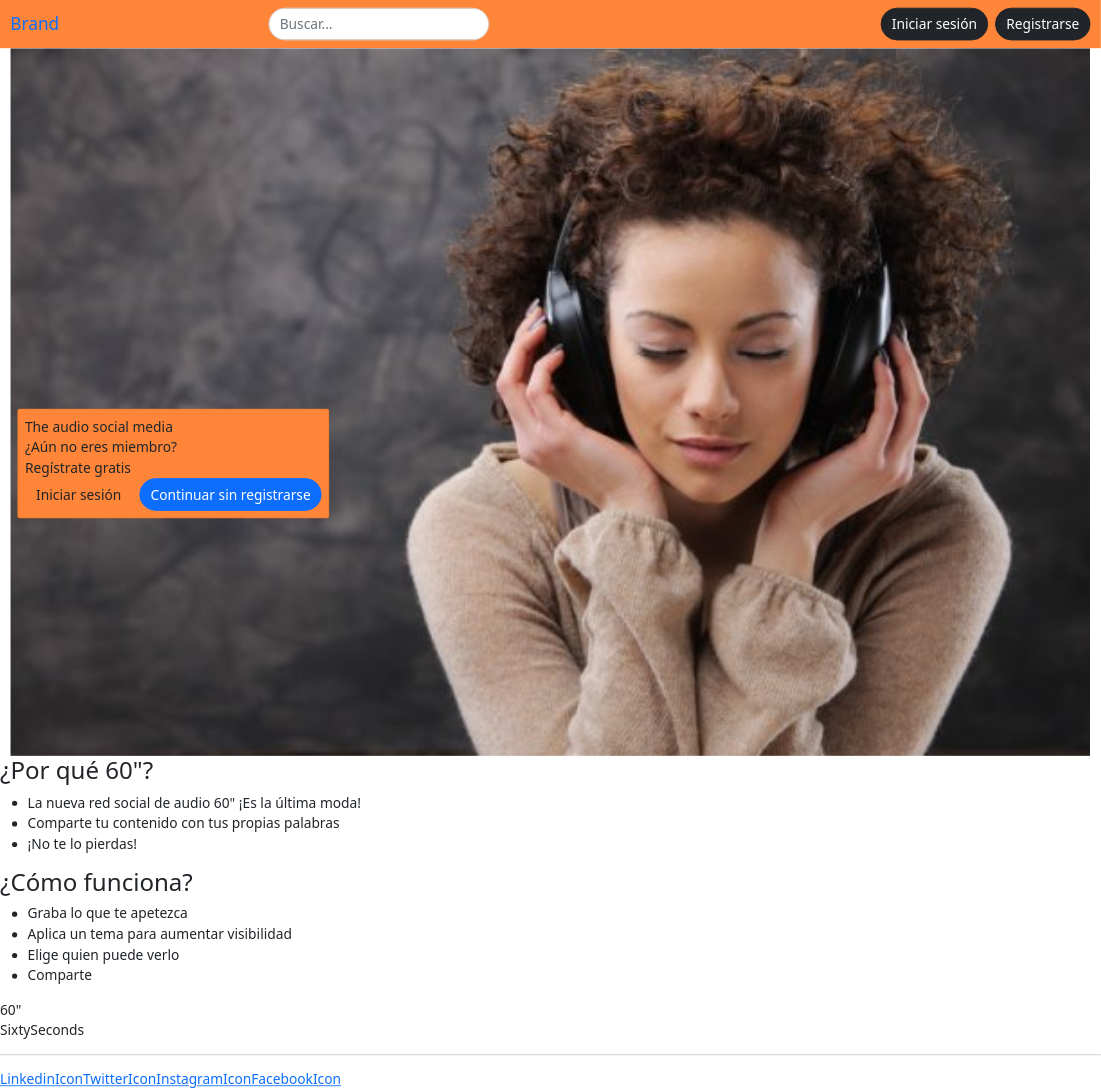
Repository: Zapulin/react-sixtySeconds-front
Page: /
These files come from the project's save history. The page is drawn as it stood at one moment and after a run of saves; the edit follows.
The browser window is 1280 px wide. The pictures show the whole page, at 86% of full size.
The project was rebuilt for these pictures with package versions that can differ from the ones it lists, and the page was loaded fresh each time. Also part of the build but not shown: src/Components/Login.js, src/Components/Signup.js, src/Components/Publish.js, src/Components/Activity.js, src/Components/Navbar.js, src/Components/Categories.js, src/Components/IconProfile.js, src/Components/Recorder.js and 10 more. Imported but missing from the stored project, and not drawn on this page: src/Samples/AUDIOMP3.mp3, src/Samples/AUDIOOGG.ogg.

Above is the page before, as saved 2022-04-13 14:53:30.

After the next 2 saves:
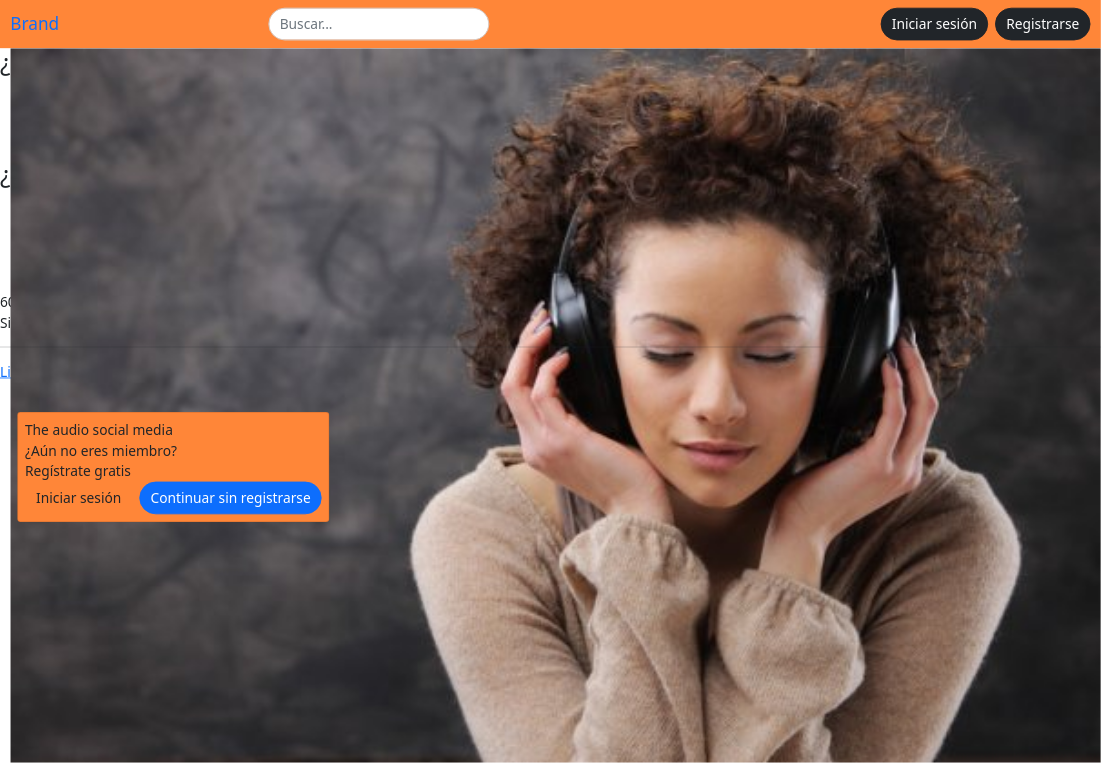
The 2 saves are shown as one change because they came seconds apart.
The last was saved 9 s later.
--- a/src/Pages/Home.js
+++ b/src/Pages/Home.js
@@ -10,7 +10,7 @@
     <>
     <NavbarHome/>
       <div className="container-fluid">
-          <div className="position-relative">
+          <div className="position-absolute">
             <img className="img-fluid" src={top_image} alt="" />
             <div className="card rounded m-2 p-2 position-absolute top-50" style={{background:'#FF8638'}}>
                  <span> The audio social media </span>

After the save that followed:
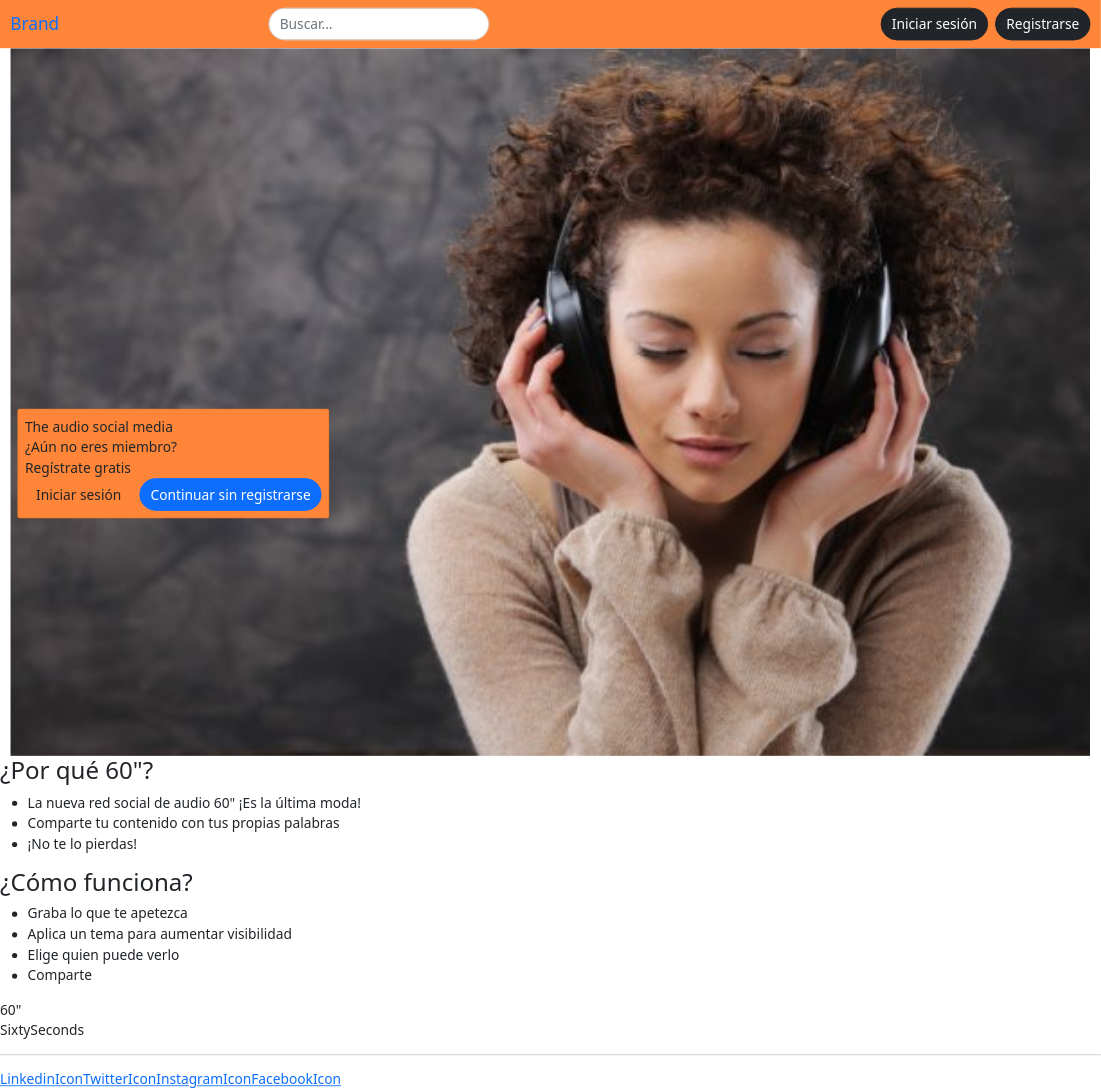
Saved 4 s later.
--- a/src/Pages/Home.js
+++ b/src/Pages/Home.js
@@ -10,7 +10,7 @@
     <>
     <NavbarHome/>
       <div className="container-fluid">
-          <div className="position-absolute">
+          <div className="position-relative">
             <img className="img-fluid" src={top_image} alt="" />
             <div className="card rounded m-2 p-2 position-absolute top-50" style={{background:'#FF8638'}}>
                  <span> The audio social media </span>
